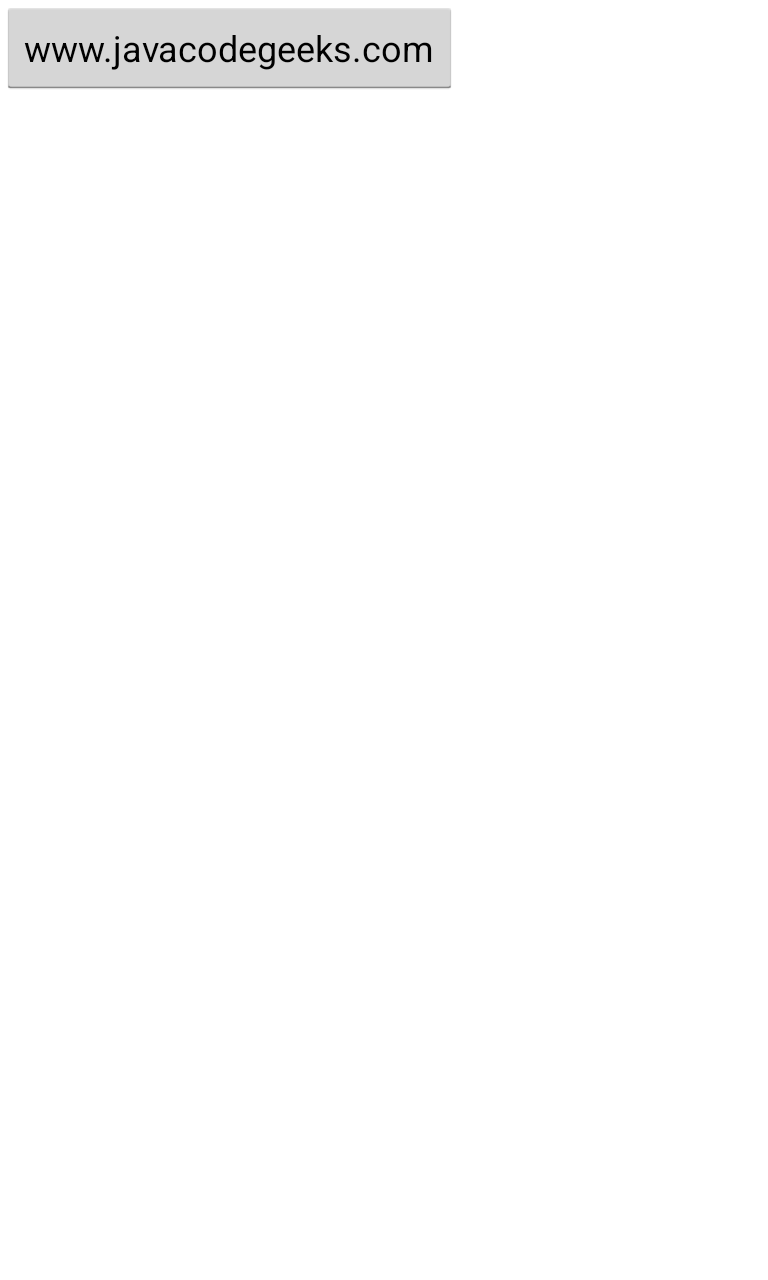
Repository: Jonieye/gps-story
Layout: Workspace/com.joni.android.first/res/layout/activity_main.xml
An editor plug-in stored every save of this project. The layout is shown before and after the next save, followed by the edit.
It is drawn on a 768 x 1280 px phone screen (xhdpi) without system bars, with theme AppTheme; the app's code is not run.

Above is the layout before, as saved 2014-10-18 04:51:22.

### Workspace/com.joni.android.first/res/layout/activity_main.xml
<LinearLayout xmlns:android="http://schemas.android.com/apk/res/android"
    android:layout_width="fill_parent"
    android:layout_height="fill_parent"
    android:orientation="vertical" >

    <Button
        android:id="@+id/button1"
    	android:layout_width="wrap_content"
    	android:layout_height="wrap_content"
    	android:text="www.javacodegeeks.com" />

</LinearLayout>

Loaded but not shown: Workspace/com.joni.android.first/res/values/styles.xml (common file); Workspace/com.joni.android.first/res/values-v11/styles.xml (common file); Workspace/com.joni.android.first/res/values-v14/styles.xml (common file)

After the next save:
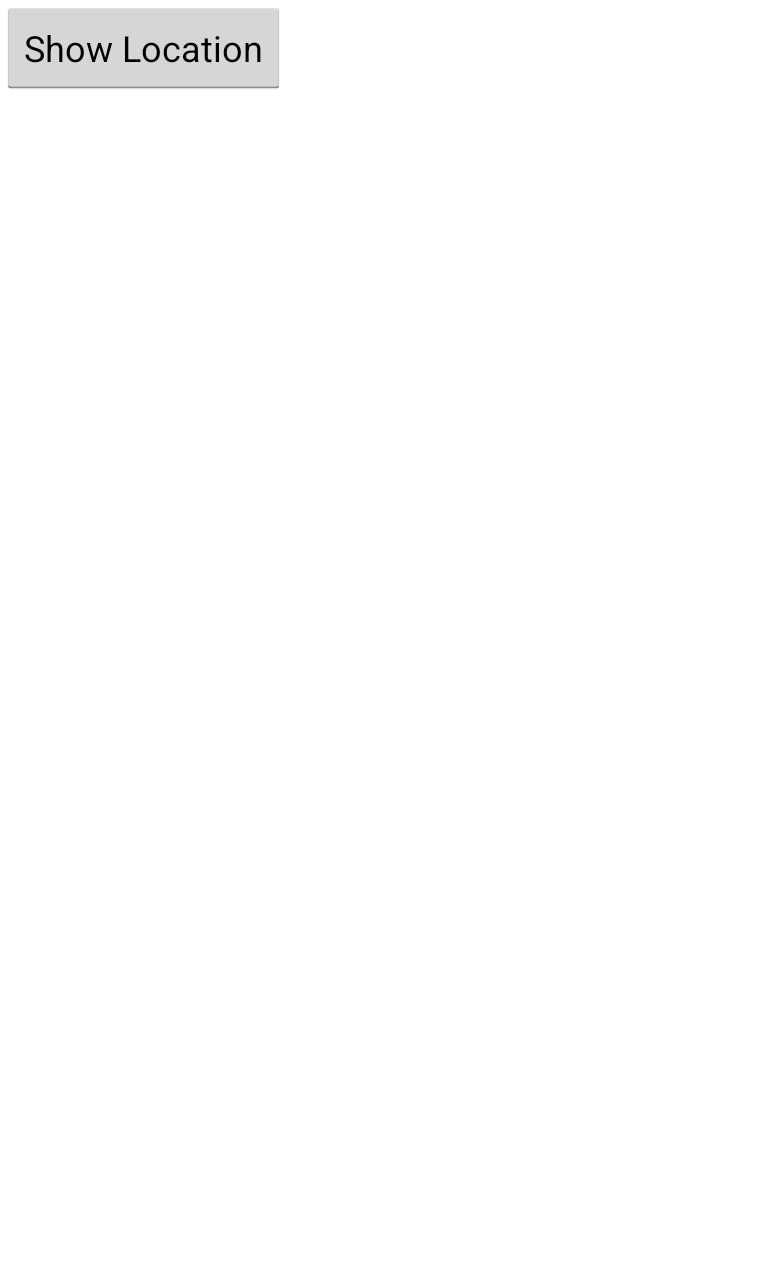
Saved 98 s later.
--- a/Workspace/com.joni.android.first/res/layout/activity_main.xml
+++ b/Workspace/com.joni.android.first/res/layout/activity_main.xml
@@ -4,9 +4,9 @@
     android:orientation="vertical" >
 
     <Button
-        android:id="@+id/button1"
+        android:id="@+id/showLocation"
     	android:layout_width="wrap_content"
     	android:layout_height="wrap_content"
-    	android:text="www.javacodegeeks.com" />
+    	android:text="Show Location" />
 
 </LinearLayout>
